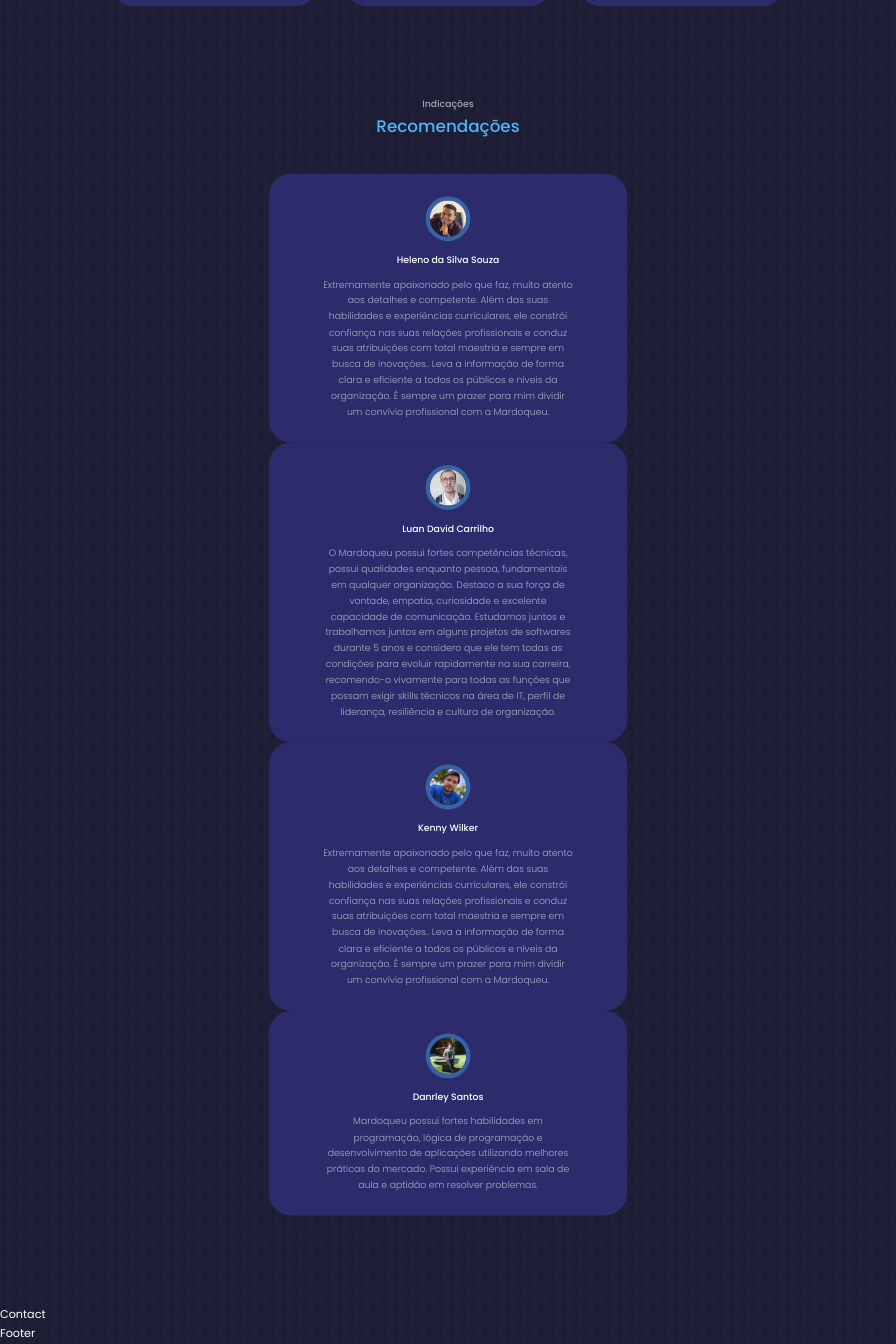
Repository: Mardoqueu/react-portfolio-website
Page: /
An editor plug-in stored every save of this project. The page is shown before and after the next save, followed by the edit.
The browser window is 1280 px wide. The pictures show the part of the page from y = 3385 to 5305 px (the page is 5305 px tall before and 4245 px after), at 70% of full size.
The project was rebuilt for these pictures with package versions that can differ from the ones it lists, and the page was loaded fresh each time. Also part of the build but not shown: src/components/header/header.css, src/components/contact/contact.css, src/components/footer/footer.css.

Above is the page before, as saved 2022-10-24 14:54:38.

After the next save:
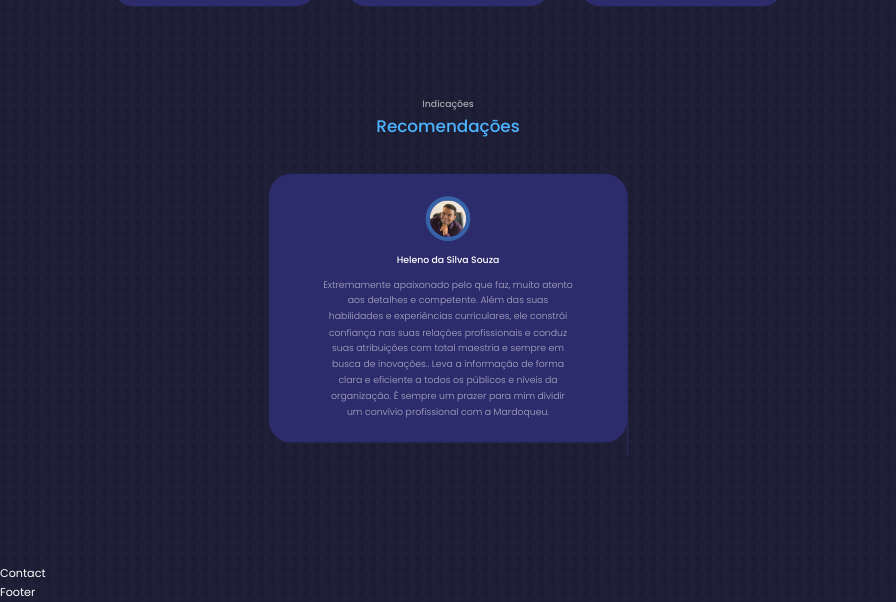
Saved 10 s later.
--- a/src/components/testimonials/Testimonials.jsx
+++ b/src/components/testimonials/Testimonials.jsx
@@ -46,7 +46,7 @@
       <h5>Indicações</h5>
       <h2>Recomendações</h2>
 
-      <div className='container testimonials__container'>
+      <Swiper className='container testimonials__container'>
           {
             data.map(({avatar, name, review}, index) => {
               return (
@@ -60,7 +60,7 @@
             })
           }
 
-      </div>
+      </Swiper>
 
 
     </section>
